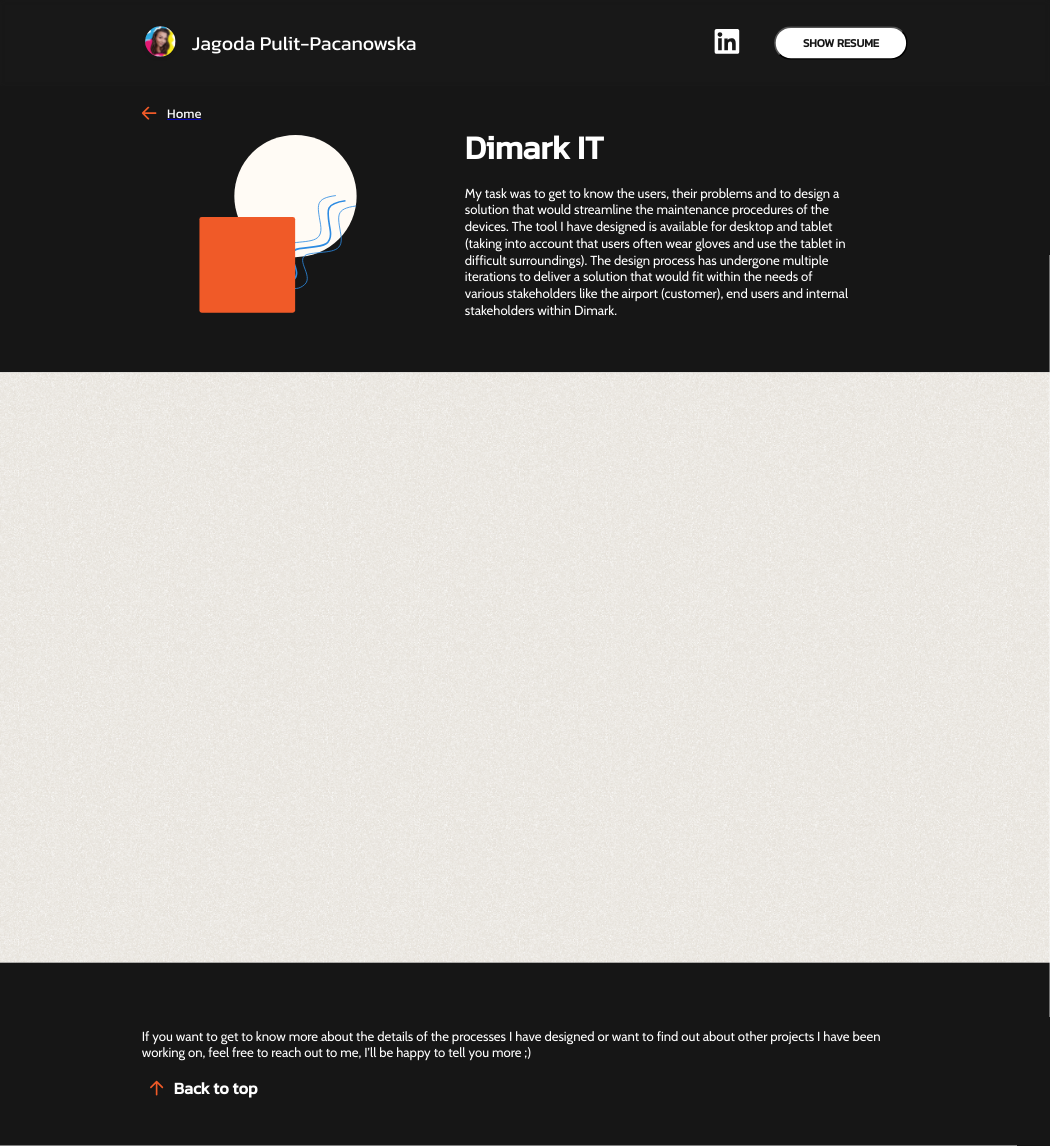
Repository: remigiuszpulit/ux-ui-portfolio
Page: /dimarkit
These files come from the project's save history. The page is drawn as it stood at one moment and after the next save; the edit follows.
The browser window is 1280 px wide. The pictures show the whole page, at 82% of full size.
The project was rebuilt for these pictures with package versions that can differ from the ones it lists, and the page was loaded fresh each time. Also part of the build but not shown: src/components/Card.js, src/pages/index.js.

Above is the page before, as saved 2022-10-03 21:59:28.

### public/index.html
<!DOCTYPE html>
<html lang="en">
  <head>
    <meta charset="utf-8" />
    <link rel="icon" href="%PUBLIC_URL%/avatar.svg" />
    <meta name="viewport" content="width=device-width, initial-scale=1" />
    <meta name="theme-color" content="#000000" />
    <meta
      name="description"
      content="Web site created using create-react-app"
    />
    <link rel="apple-touch-icon" href="%PUBLIC_URL%/avatar.svg" />
    <!--
      manifest.json provides metadata used when your web app is installed on a
      user's mobile device or desktop. See https://developers.google.com/web/fundamentals/web-app-manifest/
    -->
    <link rel="manifest" href="%PUBLIC_URL%/manifest.json" />
    <!--
      Notice the use of %PUBLIC_URL% in the tags above.
      It will be replaced with the URL of the `public` folder during the build.
      Only files inside the `public` folder can be referenced from the HTML.

      Unlike "/favicon.ico" or "favicon.ico", "%PUBLIC_URL%/favicon.ico" will
      work correctly both with client-side routing and a non-root public URL.
      Learn how to configure a non-root public URL by running `npm run build`.
    -->
    <title>Jagoda Pulit UX/UI Portfolio</title>
  </head>
  <body>
    <noscript>You need to enable JavaScript to run this app.</noscript>
    <div id="root"></div>
    <!--
      This HTML file is a template.
      If you open it directly in the browser, you will see an empty page.

      You can add webfonts, meta tags, or analytics to this file.
      The build step will place the bundled scripts into the <body> tag.

      To begin the development, run `npm start` or `yarn start`.
      To create a production bundle, use `npm run build` or `yarn build`.
    -->
  </body>
</html>

### src/index.js
import React from "react";
import ReactDOM from "react-dom/client";
import "./index.css";
import App from "./App";
import reportWebVitals from "./reportWebVitals";

const root = ReactDOM.createRoot(document.getElementById("root"));
root.render(
  // <React.StrictMode>
  <App />
  // </React.StrictMode> */
);

// If you want to start measuring performance in your app, pass a function
// to log results (for example: reportWebVitals(console.log))
// or send to an analytics endpoint. Learn more: https://bit.ly/CRA-vitals
reportWebVitals();

### src/App.js
import { BrowserRouter, Routes, Route, useLocation } from "react-router-dom";
import Navbar from "./components/Navbar";
import GlobalStyle from "./globalStyles";
import Index from "./pages";
import Dimark from "./pages/dimark";

function App() {
  return (
    <>
      <GlobalStyle />
      <BrowserRouter>
        <Navbar />
        <Routes>
          <Route path="/" element={<Index />} />
          <Route path="/dimarkit" element={<Dimark />} />
        </Routes>
      </BrowserRouter>
    </>
  );
}

export default App;

### src/components/Navbar.js
import React from "react";
import styled from "styled-components";
import avatar from "../static/avatar.svg";
import LinkedinIcon from "../static/LinkedinIcon.svg";
import LinkedinIconWhite from "../static/LinkedinIconWhite.svg";
import "@fontsource/kanit";
import { useLocation } from "react-router-dom";

function Navbar() {
  const location = useLocation();
  const isLight = location.pathname != "/";
  return (
    <NavContainer>
      <NavWrapper>
        <ItemsWrapper>
          <img src={avatar} alt="Avatar" />
          <LogoText isLight={isLight}>Jagoda Pulit-Pacanowska</LogoText>
        </ItemsWrapper>
        <ItemsWrapper>
          <a
            href="https://www.linkedin.com/in/jagoda-pulit/"
            target={"_blank"}
            rel="noreferrer"
          >
            <img
              src={isLight ? LinkedinIconWhite : LinkedinIcon}
              alt="LinkedinIcon"
            />
          </a>
          <ResumeButton isLight={isLight}>
            <ResumeButtonText isLight={isLight}>show resume</ResumeButtonText>
          </ResumeButton>
        </ItemsWrapper>
      </NavWrapper>
    </NavContainer>
  );
}

export default Navbar;

const NavContainer = styled.nav`
  height: 105px;
  background: rgba(232, 228, 222, 0.01);
  backdrop-filter: blur(3px);
  position: fixed;
  display: flex;
  width: 100%;
  justify-content: center;
`;

const NavWrapper = styled.div`
  width: 73%;
  display: flex;
  justify-content: center;
  align-items: center;
  flex-direction: column;
  @media (min-width: 768px) {
    justify-content: space-between;
    flex-direction: row;
    width: 73%;
  }
`;
const ItemsWrapper = styled.div`
  display: flex;
  align-items: center;
`;
const LogoText = styled.h3`
  margin-left: 16px;
  font-family: "Kanit";
  font-style: normal;
  font-weight: 500;
  font-size: 16px;
  @media (min-width: 768px) {
    font-size: 24px;
  }
  line-height: 124%;
  color: #161616;
  ${({ isLight }) =>
    isLight &&
    `
    color: white;
  `}
`;

const ResumeButton = styled.button`
  display: flex;
  flex-direction: row;
  width: 163px;
  height: 41px;
  justify-content: center;
  margin-left: 42px;
  align-items: center;
  padding: 10px;
  background: #161616;
  border-radius: 159px;
  ${({ isLight }) =>
    isLight &&
    `
    background: white;
  `}
`;

const ResumeButtonText = styled.h4`
  font-family: "Kanit";
  font-style: normal;
  font-weight: 600;
  font-size: 14px;
  line-height: 21px;
  /* identical to box height */

  text-transform: uppercase;

  color: #ffffff;

  /* Inside auto layout */
  ${({ isLight }) =>
    isLight &&
    `
    color: #161616;
  `}

  flex: none;
  order: 0;
  flex-grow: 0;
`;

### src/globalStyles.js
import { createGlobalStyle } from "styled-components";

const GlobalStyle = createGlobalStyle`
  /*! normalize.css v8.0.1 | MIT License | github.com/necolas/normalize.css */

/* Document
   ========================================================================== */

/**
 * 1. Correct the line height in all browsers.
 * 2. Prevent adjustments of font size after orientation changes in iOS.
 */

html {
  line-height: 1.15; /* 1 */
  -webkit-text-size-adjust: 100%; /* 2 */
}

/* Sections
   ========================================================================== */

/**
 * Remove the margin in all browsers.
 */

body {
  margin: 0;
}


main {
  display: block;
}


h1 {
  font-size: 2em;
  margin: 0.67em 0;
}

/* Grouping content
   ========================================================================== */

/**
 * 1. Add the correct box sizing in Firefox.
 * 2. Show the overflow in Edge and IE.
 */

hr {
  box-sizing: content-box; /* 1 */
  height: 0; /* 1 */
  overflow: visible; /* 2 */
}



pre {
  font-family: monospace, monospace; /* 1 */
  font-size: 1em; /* 2 */
}

/* Text-level semantics
   ========================================================================== */

/**
 * Remove the gray background on active links in IE 10.
 */

a {
  background-color: transparent;
}

/**
 * 1. Remove the bottom border in Chrome 57-
 * 2. Add the correct text decoration in Chrome, Edge, IE, Opera, and Safari.
 */

abbr[title] {
  border-bottom: none; /* 1 */
  text-decoration: underline; /* 2 */
  text-decoration: underline dotted; /* 2 */
}

/**
 * Add the correct font weight in Chrome, Edge, and Safari.
 */

b,
strong {
  font-weight: bolder;
}


code,
kbd,
samp {
  font-family: monospace, monospace; /* 1 */
  font-size: 1em; /* 2 */
}

/**
 * Add the correct font size in all browsers.
 */

small {
  font-size: 80%;
}



sub,
sup {
  font-size: 75%;
  line-height: 0;
  position: relative;
  vertical-align: baseline;
}

sub {
  bottom: -0.25em;
}

sup {
  top: -0.5em;
}

/* Embedded content
   ========================================================================== */

/**
 * Remove the border on images inside links in IE 10.
 */

img {
  border-style: none;
}

/* Forms
   ========================================================================== */

/**
 * 1. Change the font styles in all browsers.
 * 2. Remove the margin in Firefox and Safari.
 */

button,
input,
optgroup,
select,
textarea {
  font-family: inherit; /* 1 */
  font-size: 100%; /* 1 */
  line-height: 1.15; /* 1 */
  margin: 0; /* 2 */
}

/**
 * Show the overflow in IE.
 * 1. Show the overflow in Edge.
 */

button,
input { /* 1 */
  overflow: visible;
}

/**
 * Remove the inheritance of text transform in Edge, Firefox, and IE.
 * 1. Remove the inheritance of text transform in Firefox.
 */

button,
select { /* 1 */
  text-transform: none;
}

/**
 * Correct the inability to style clickable types in iOS and Safari.
 */

button,
[type="button"],
[type="reset"],
[type="submit"] {
  -webkit-appearance: button;
}

/**
 * Remove the inner border and padding in Firefox.
 */

button::-moz-focus-inner,
[type="button"]::-moz-focus-inner,
[type="reset"]::-moz-focus-inner,
[type="submit"]::-moz-focus-inner {
  border-style: none;
  padding: 0;
}

/**
 * Restore the focus styles unset by the previous rule.
 */

button:-moz-focusring,
[type="button"]:-moz-focusring,
[type="reset"]:-moz-focusring,
[type="submit"]:-moz-focusring {
  outline: 1px dotted ButtonText;
}

/**
 * Correct the padding in Firefox.
 */

fieldset {
  padding: 0.35em 0.75em 0.625em;
}



legend {
  box-sizing: border-box; /* 1 */
  color: inherit; /* 2 */
  display: table; /* 1 */
  max-width: 100%; /* 1 */
  padding: 0; /* 3 */
  white-space: normal; /* 1 */
}

/**
 * Add the correct vertical alignment in Chrome, Firefox, and Opera.
 */

progress {
  vertical-align: baseline;
}

/**
 * Remove the default vertical scrollbar in IE 10+.
 */

textarea {
  overflow: auto;
}

/**
 * 1. Add the correct box sizing in IE 10.
 * 2. Remove the padding in IE 10.
 */

[type="checkbox"],
[type="radio"] {
  box-sizing: border-box; /* 1 */
  padding: 0; /* 2 */
}

/**
 * Correct the cursor style of increment and decrement buttons in Chrome.
 */

[type="number"]::-webkit-inner-spin-button,
[type="number"]::-webkit-outer-spin-button {
  height: auto;
}

/**
 * 1. Correct the odd appearance in Chrome and Safari.
 * 2. Correct the outline style in Safari.
 */

[type="search"] {
  -webkit-appearance: textfield; /* 1 */
  outline-offset: -2px; /* 2 */
}

/**
 * Remove the inner padding in Chrome and Safari on macOS.
 */

[type="search"]::-webkit-search-decoration {
  -webkit-appearance: none;
}



::-webkit-file-upload-button {
  -webkit-appearance: button; /* 1 */
  font: inherit; /* 2 */
}

/* Interactive
   ========================================================================== */

/*
 * Add the correct display in Edge, IE 10+, and Firefox.
 */

details {
  display: block;
}

/*
 * Add the correct display in all browsers.
 */

summary {
  display: list-item;
}

/* Misc
   ========================================================================== */

/**
 * Add the correct display in IE 10+.
 */

template {
  display: none;
}

/**
 * Add the correct display in IE 10.
 */

[hidden] {
  display: none;
}

`;

export default GlobalStyle;

### src/pages/dimark.js
import React from "react";
import styled from "styled-components";
import grafika_dimark from "../static/grafika_dimark.svg";
import BackgroundLight from "../static/BackgroundLight.png";
import PageLayout from "../components/PageLayout";

const headParagraph =
  "My task was to get to know the users, their problems and to design a solution that would streamline the maintenance procedures of the devices. The tool I have designed is available for desktop and tablet (taking into account that users often wear gloves and use the tablet in difficult surroundings). The design process has undergone multiple iterations to deliver a solution that would fit within the needs of various stakeholders like the airport (customer), end users and internal stakeholders within Dimark.";

function Dimark(props) {
  return (
    <>
      <PageLayout
        color={"#F05A28"}
        logo={grafika_dimark}
        head={"Dimark IT"}
        par={headParagraph}
      >
        <Container />
      </PageLayout>
    </>
  );
}

export default Dimark;
const Page = styled.div`
  display: flex;
  justify-content: center;
  background-image: url(${BackgroundLight});
`;

const Container = styled.div`
  width: 73%;
  height: 100vh;
`;

### src/components/PageLayout.js
import React, { useRef } from "react";
import styled from "styled-components";
import BackgroundLight from "../static/BackgroundLight.png";
import PageHead from "../components/PageHead";
import Footer from "./Footer";

function PageLayout({ color, logo, head, par, children }) {
  const ref = useRef(null);
  return (
    <>
      <PageHead ref={ref} color={color} logo={logo} head={head} par={par} />
      <Page>
        <Container>{children}</Container>
      </Page>
      <Footer color={color} to={ref.current} />
    </>
  );
}

export default PageLayout;
const Page = styled.div`
  display: flex;
  justify-content: center;
  background-image: url(${BackgroundLight});
`;

const Container = styled.div`
  width: 73%;
`;

### src/components/PageHead.js
import React from "react";
import { Link } from "react-router-dom";
import styled from "styled-components";
import ArrowLeft from "./ArrowLeft";

const PageHead = React.forwardRef(({ color, logo, head, par }, ref) => (
  <Container ref={ref}>
    <Wrapper>
      <BackLink to={"/"}>
        <ArrowLeft color={color} />
        <BackLinkText>Home</BackLinkText>
      </BackLink>
      <HeadContainer>
        <HeadWrapper>
          <ImageContainer src={logo} />
          <TextContainer>
            <HeadText>{head}</HeadText>
            <HeadPar>{par}</HeadPar>
          </TextContainer>
        </HeadWrapper>
      </HeadContainer>
    </Wrapper>
  </Container>
));

export default PageHead;

const Container = styled.div`
  display: flex;
  justify-content: center;

  background-color: #161616;
  padding-top: 150px;
  @media (min-width: 768px) {
    padding-top: 105px;
  }
`;

const Wrapper = styled.div`
  padding-top: 21px;
  width: 73%;
  display: flex;
  flex-direction: column;
`;

const BackLink = styled(Link)`
  display: flex;
  align-items: center;
`;

const BackLinkText = styled.span`
  font-family: "Kanit";
  font-style: normal;
  font-weight: 300;
  font-size: 16px;
  line-height: 24px;
  text-decoration: none;
  margin-left: 13px;
  /* identical to box height */

  color: #ffffff;
`;

const HeadContainer = styled.div`
  display: flex;
  justify-content: center;
`;

const HeadWrapper = styled.div`
  width: 100%;
  display: flex;
  flex-direction: column-reverse;
  gap: 20px;
  margin-bottom: 24px;

  @media (min-width: 992px) {
    width: 85%;
    flex-direction: row;
    justify-content: center;
    gap: 100px;
    margin-bottom: 48px;
  }
`;

const ImageContainer = styled.img`
  max-height: 250px;
`;

const TextContainer = styled.div`
  display: flex;
  flex-direction: column;
  align-items: flex-start;
`;

const HeadText = styled.h1`
  font-family: "Kanit";
  font-style: normal;
  font-weight: 700;
  font-size: 40px;
  margin: unset;
  line-height: 60px;
  /* identical to box height */

  text-align: center;

  color: #ffffff;
`;

const HeadPar = styled.p`
  font-family: "Cabin";
  font-style: normal;
  font-weight: 500;
  font-size: 16px;
  line-height: 128%;
  max-width: 670px;
  /* or 20px */

  color: #ffffff;
`;

### src/components/Footer.js
import React from "react";
import styled from "styled-components";
import ArrowUp from "./ArrowUp";

function Footer({ color, to }) {
  return (
    <Container>
      <Wrapper>
        <Text>
          If you want to get to know more about the details of the processes I
          have designed or want to find out about other projects I have been
          working on, feel free to reach out to me, I’ll be happy to tell you
          more ;)
        </Text>
        <Button onClick={() => to?.scrollIntoView({ behavior: "smooth" })}>
          <ArrowUp color={color} />
          <ButtonText>Back to top</ButtonText>
        </Button>
      </Wrapper>
    </Container>
  );
}

export default Footer;

const Container = styled.div`
  background: #161616;
  padding-top: 64px;
  padding-bottom: 54px;
  display: flex;
  justify-content: center;
`;

const Wrapper = styled.div`
  width: 73%;
  display: flex;
  flex-direction: column;
`;

const Text = styled.p`
  font-family: "Cabin";
  font-style: normal;
  font-weight: 500;
  font-size: 16px;
  line-height: 128%;
  /* or 20px */

  color: #ffffff;
`;

const Button = styled.button`
  background: none;
  border: none;
  display: flex;
  align-items: center;
`;

const ButtonText = styled.span`
  font-family: "Kanit";
  font-style: normal;
  font-weight: 600;
  margin-left: 9px;
  font-size: 20px;
  line-height: 30px;
  /* identical to box height */

  color: #ffffff;
`;

### src/components/ArrowLeft.js
import React from "react";

function ArrowLeft({ color }) {
  return (
    <svg
      width="18"
      height="16"
      viewBox="0 0 18 16"
      fill="none"
      xmlns="http://www.w3.org/2000/svg"
    >
      <path
        d="M1 8L17 8M8 1L1 8L8 15"
        stroke={`${color}`}
        stroke-width="2"
        stroke-linecap="round"
        stroke-linejoin="round"
      />
    </svg>
  );
}

export default ArrowLeft;

### src/components/ArrowUp.js
import React from "react";

function ArrowUp({ color }) {
  return (
    <svg
      width="24"
      height="24"
      viewBox="0 0 24 24"
      fill="none"
      xmlns="http://www.w3.org/2000/svg"
    >
      <path
        d="M12 4L12 20M19 11L12 4L5 11"
        stroke={`${color}`}
        stroke-width="2"
        stroke-linecap="round"
        stroke-linejoin="round"
      />
    </svg>
  );
}

export default ArrowUp;

Loaded but not shown: src/index.css (common file); src/reportWebVitals.js (common file)

After the next save:
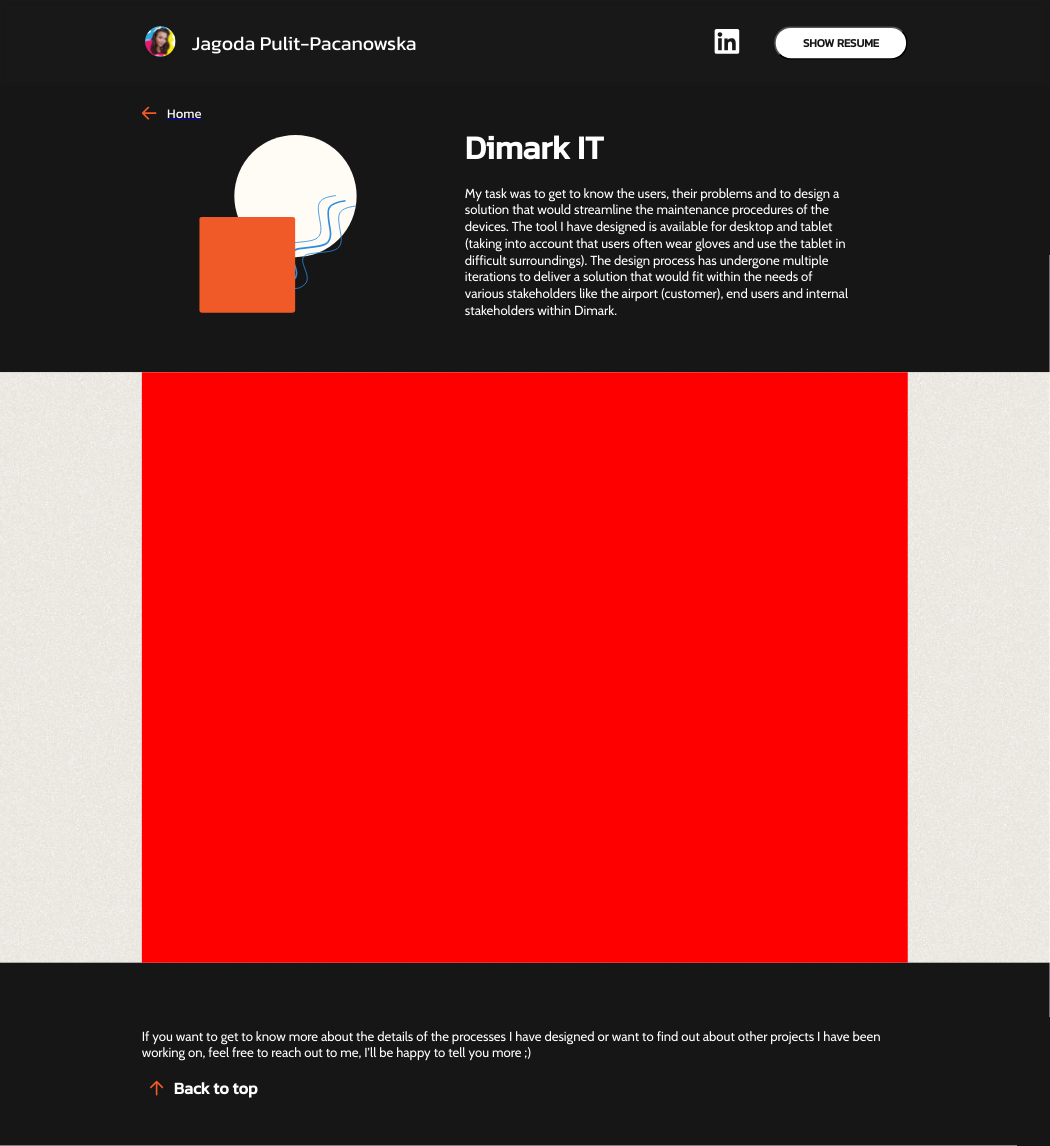
Saved 77 s later.
--- a/src/pages/dimark.js
+++ b/src/pages/dimark.js
@@ -23,13 +23,8 @@
 }
 
 export default Dimark;
-const Page = styled.div`
-  display: flex;
-  justify-content: center;
-  background-image: url(${BackgroundLight});
-`;
 
 const Container = styled.div`
-  width: 73%;
+  background: red;
   height: 100vh;
 `;
